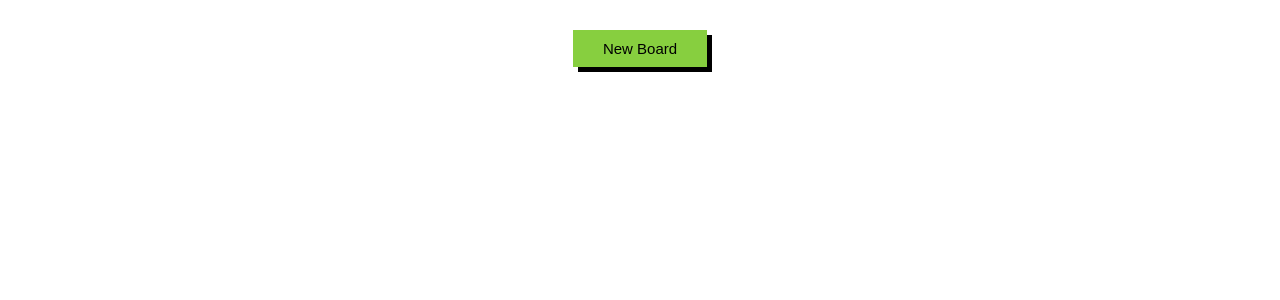
Repository: sokafootball/etch-a-sketc
Page: index.html
These files come from the project's save history. The page is drawn as it stood at one moment and after a run of saves; the edit follows.
The browser window is 1280 px wide. The pictures show the whole page.
The first visible `#reset-btn` is being pressed.

Above is the page before, as saved 2020-04-18 10:07:15.

### index.html
<html>
<head>
  <link rel="stylesheet" type="text/css" href="reset.css">
  <link rel="stylesheet" type="text/css" href="style.css">
</head>
<body>
<main id="main">
  <button id="reset-btn">New Board</button>
  <div id="grid-div"></div>
</main>
<script type="text/javascript" src="script.js"></script>
</body>
</html>

### style.css
.cell {
  background-color: black;
  display: inline-block;
}

#main{
  align-items: center;
  display:flex;
  flex-direction: column;
  margin-top: 30px;
}

#reset-btn{
  cursor: pointer;
  margin-bottom: 30px;
  padding: 10px 30px;
  font-size: 15px;
  background-color: hsla(90, 60%, 53%, 1);
  border: 0;
}

#reset-btn:focus{
  outline-width: 0;
}

.shadowed-btn{
  box-shadow: 3px 3px;
}

.clicked{
  box-shadow: 5px 5px;
}

#reset-btn:active{
  box-shadow: 5px 5px;
}

### script.js
const grid = document.querySelector(`#grid-div`)
const resetButton = document.querySelector(`#reset-btn`)
const GRID_PX_SIZE = 840
//resetButton.addEventListener(`click`, resetBoard)
resetButton.classList.add(`shadowed-btn`)
/*
resetButton.addEventListener(`mousedown`, () => {
  console.log(`mouse over btn`)
  resetButton.classList.add(`clicked`)
})*/


function createBoard(){
  let size = getSizeFromUser()
  for (let i = 1; i <= size; i++) {
    for (let j = 1; j <= size; j++) {
      createCell(size)
    }
    goToNewLine()
  }
}

function resetBoard(){
  deleteBoard()
  createBoard()
}

function deleteBoard(){
  let cells = document.querySelectorAll(`.cell`)
  cells.forEach(cell => grid.removeChild(cell))
  let breaks = document.querySelectorAll(`br`)
  breaks.forEach(br => grid.removeChild(br))
}

function getSizeFromUser() {
  let size
  do { size = prompt(`How many squares per side?`) } while (isNaN(Number(size)) || size == ``)
  return Number(size)
}

function createCell(size){
  const cell = document.createElement(`div`)
  const pixelsPerSide = GRID_PX_SIZE / size
  cell.addEventListener("mouseenter", () => cell.style.backgroundColor = `red`);
  cell.classList.add(`cell`)
  cell.style.width = pixelsPerSide
  cell.style.height = pixelsPerSide
  grid.appendChild(cell)
}

function goToNewLine(){
  const br = document.createElement(`br`)
  grid.appendChild(br)
}

Loaded but not shown: reset.css (common file)

After the next 2 saves:
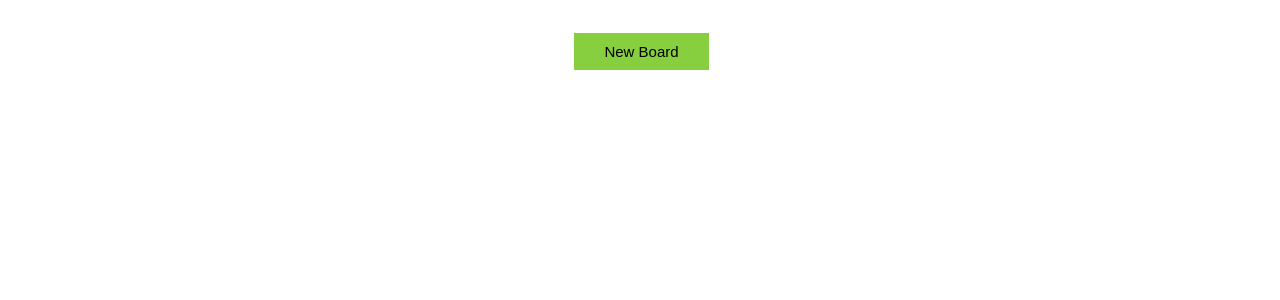
The 2 saves are shown as one change because they came seconds apart.
The last was saved 44 s later.
--- a/style.css
+++ b/style.css
@@ -32,5 +32,6 @@
 }
 
 #reset-btn:active{
-  box-shadow: 5px 5px;
+  box-shadow: none;
+  margin: 3px 0px 0px 3px;
 }
